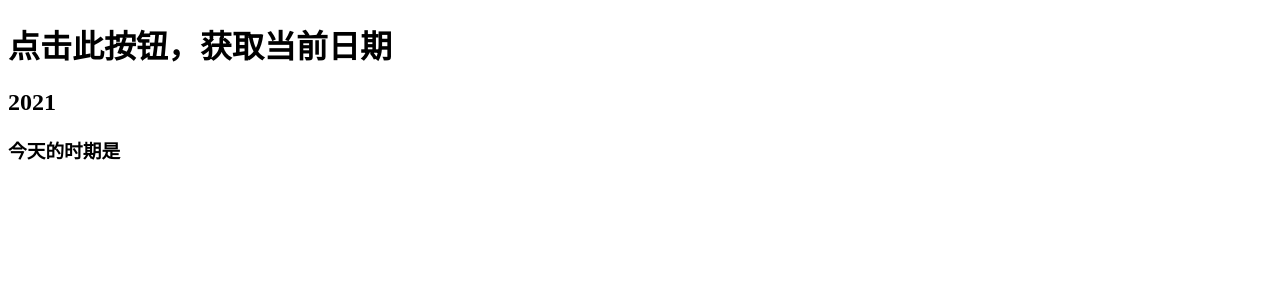
Repository: zhongmoumou/Codes
Page: 测试.html
An editor plug-in stored every save of this project. The page is shown before and after the next save, followed by the edit.
The browser window is 1280 px wide. The pictures show the whole page.
After loading, the first visible `#btn1` was clicked once.

Above is the page before, as saved 2021-12-07 23:59:07.

After the next save:
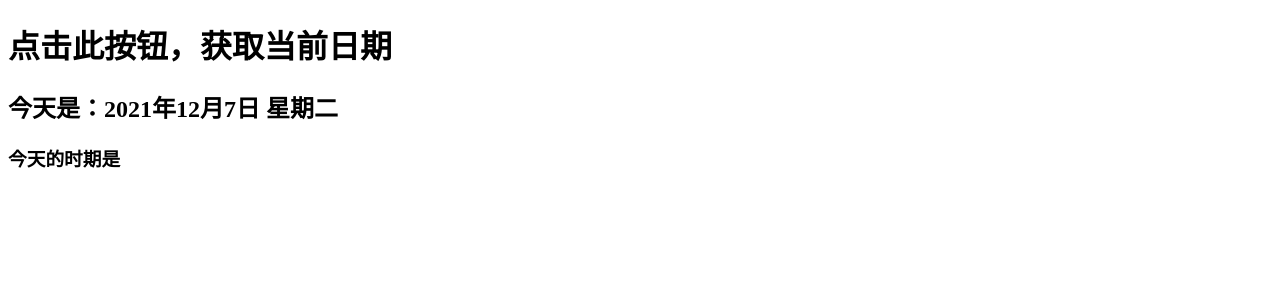
Saved 94 s later.
--- a/测试.html
+++ b/测试.html
@@ -18,7 +18,7 @@
 
     //确定事件类型、完成事件处理程序：
     btn1.onclick = function() {
-      btn2.innerText = '2021';
+      btn2.innerText = getDate();
     }
 
     // 该函数的作用是返回当前日期（年/月/日/星期）
